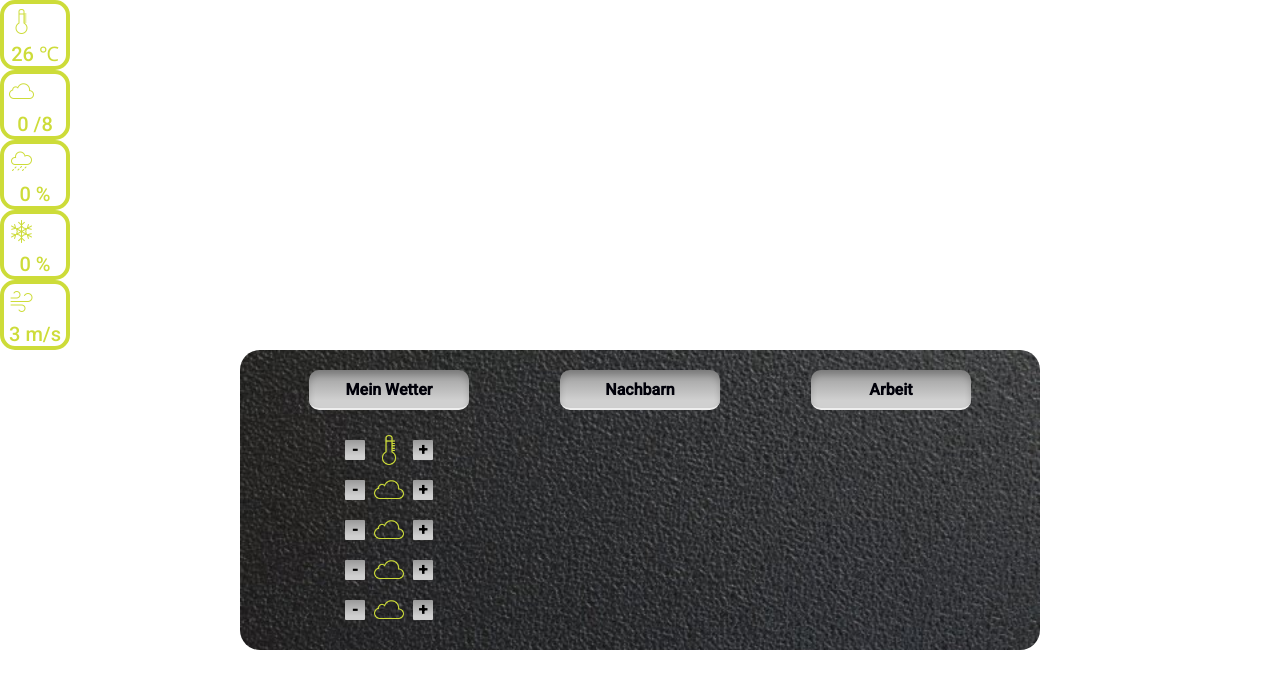
Repository: NadiaSchmitz/wetter.githab.io
Page: index.html
The author's editor kept a record of every edit. The page is drawn from the files as they stood at one moment, then again after the next edit.
The browser window is 1280 px wide. The pictures show the whole page.

Above is the page before.
Not found: styles/background1.css
Not found: styles/background2.css
Not found: styles/background3.css

After the next edit:
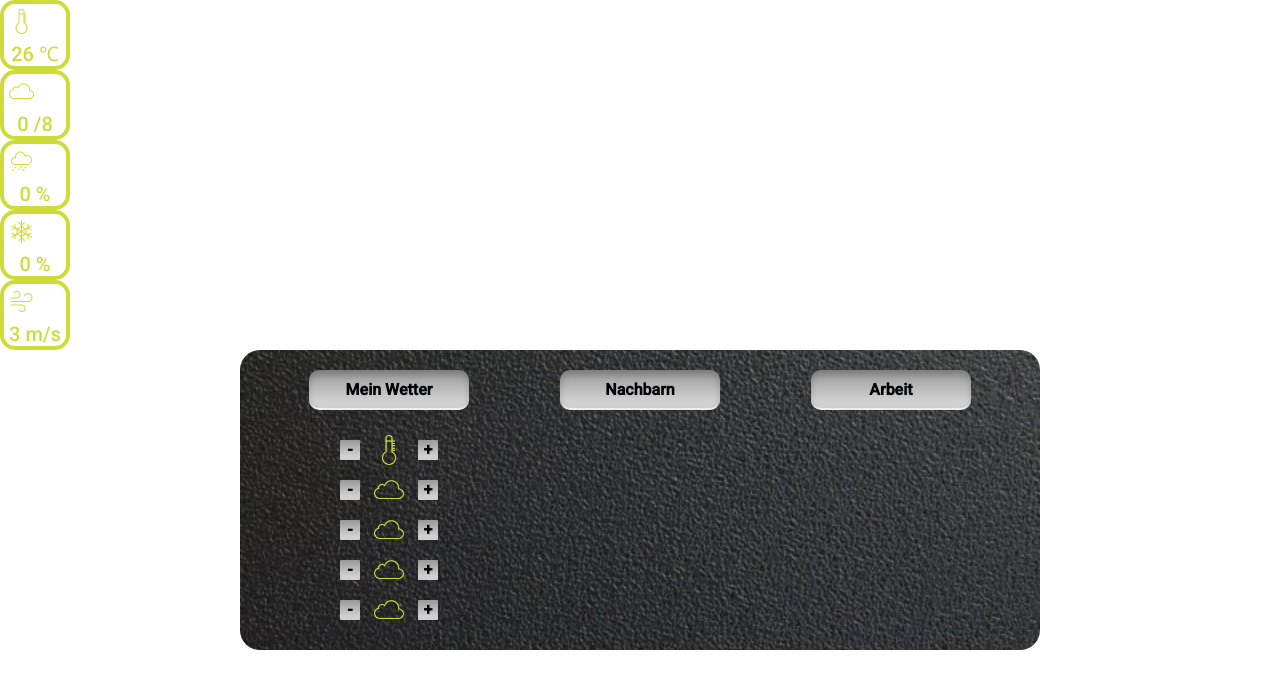
The edit:
--- a/styles/style.css
+++ b/styles/style.css
@@ -148,5 +148,5 @@
   height: 30px;
   background-position: 50%;
   background-size: cover;
-  margin: -5px 5px 0 5px;
+  margin: -5px 10px 0 10px;
 }
